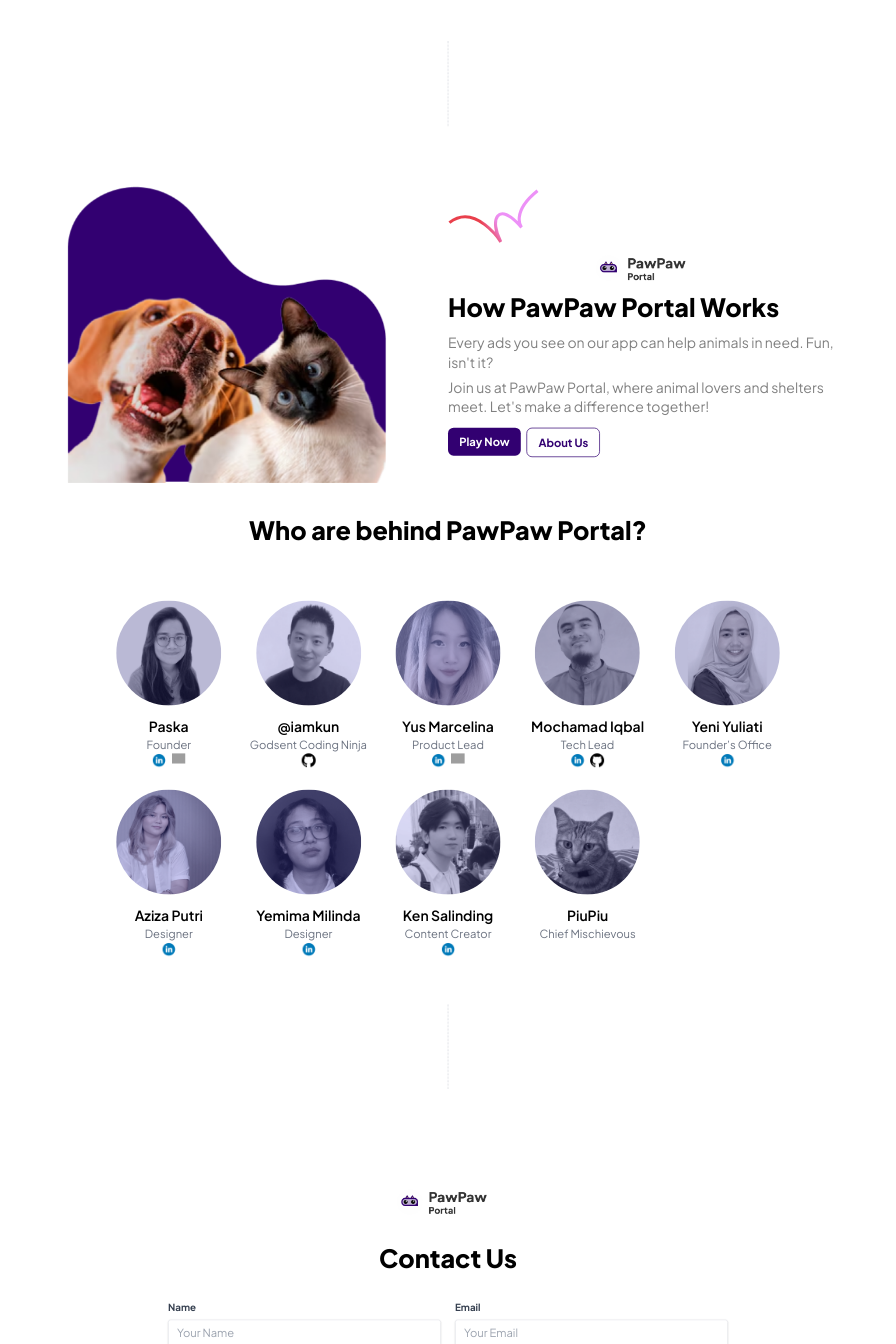
Repository: paskasiregar/pawpawwebsite
Page: /
The author's editor kept a copy of each file at every save. The page is drawn from the files as they stood at one save, then again after the next save.
The browser window is 1280 px wide. The pictures show the part of the page from y = 930 to 2850 px (the page is 3785 px tall before and 3811 px after), at 70% of full size.
Pictures or frames that could not be fetched are drawn as grey boxes. The project was rebuilt for these pictures with package versions that can differ from the ones it lists, and the page was loaded fresh each time. The framework's server and built-in components were replaced by stand-ins that run in the browser. Also part of the build but not shown: next.config.js, next.config.mjs.

Above is the page before, as saved 2024-09-11 19:08:44.

After the next save:
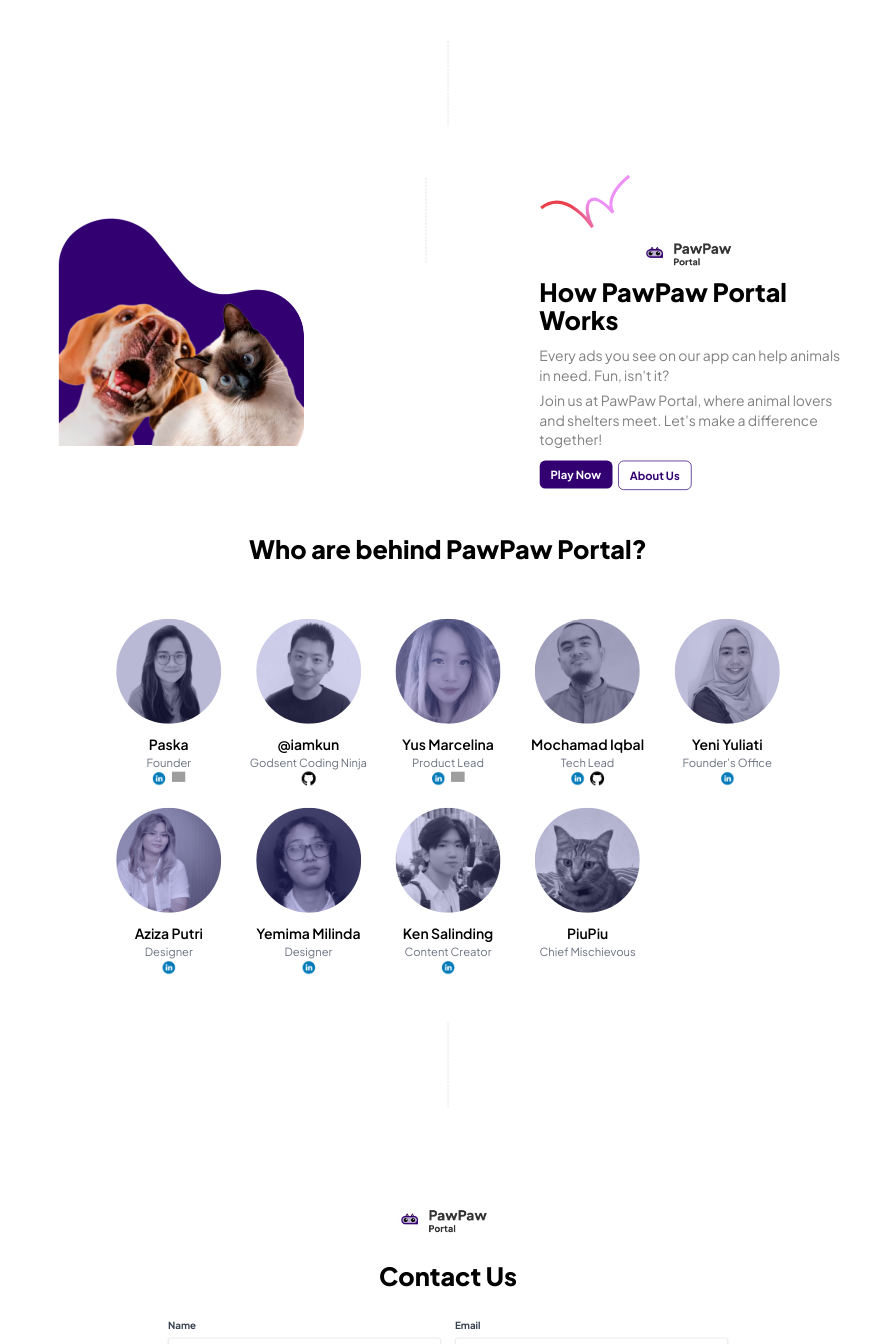
Saved 5 min 30 s later.
--- a/src/app/page.js
+++ b/src/app/page.js
@@ -89,6 +89,7 @@ export default async function Home() {
             </div>
 
             {/* How it works */}
+            <Divider />
             <div
               id="how-it-works"
               className="flex-1 flex flex-col items-center md:items-start justify-center gap-4 p-4 md:p-8"
